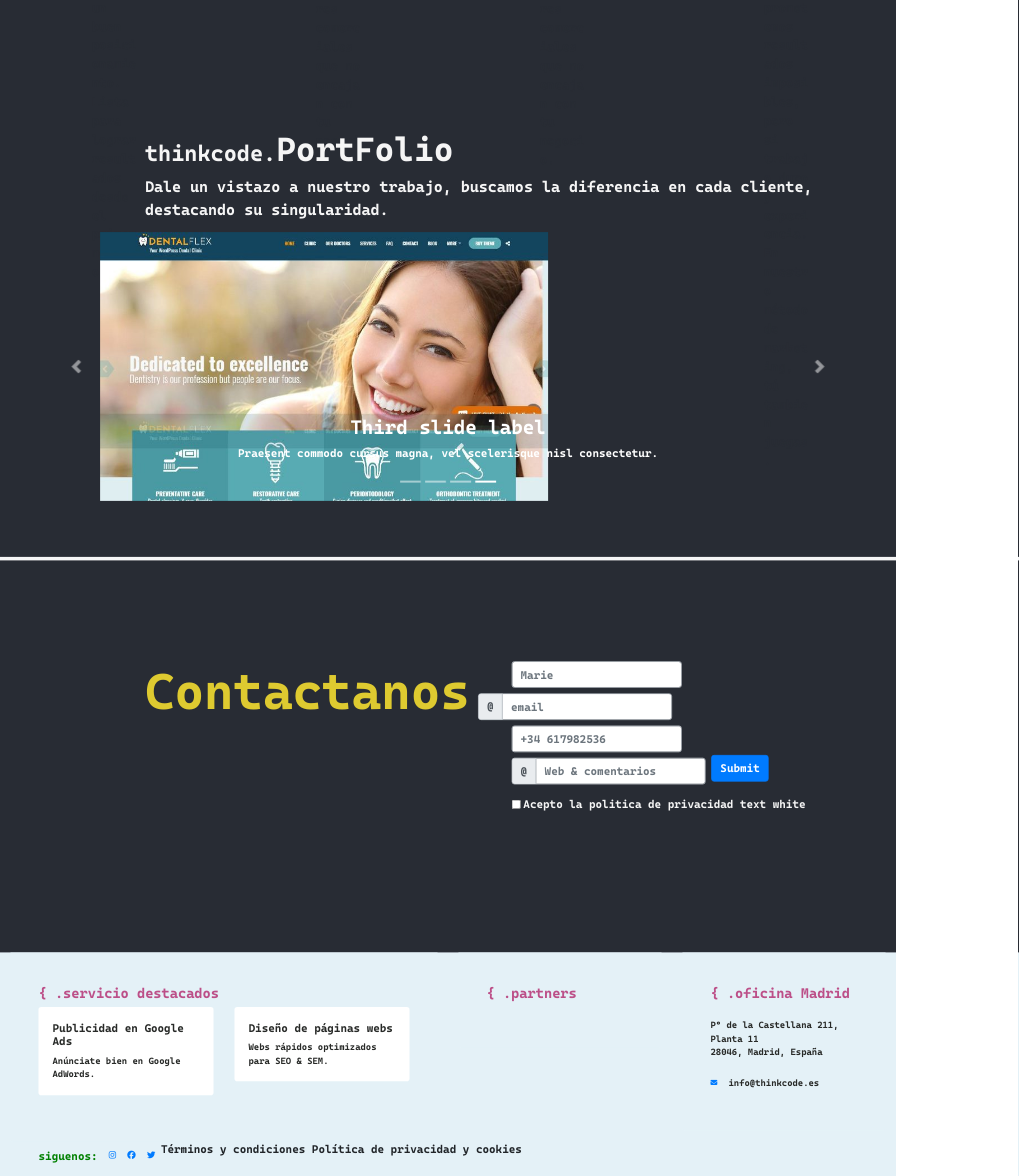
Repository: banchiec/thinkcode
Page: /
An editor plug-in stored every save of this project. The page is shown before and after the next save, followed by the edit.
The browser window is 1280 px wide. The page is 1455 px wide, so the pictures cover 1455 px, including what lies to the right of the window. The pictures show the part of the page from y = 2052 to 3732 px (the page is 3732 px tall before and 3728 px after), at 70% of full size.
Some web libraries are served in a nearby version. The project was rebuilt for these pictures with package versions that can differ from the ones it lists, and the page was loaded fresh each time. Also part of the build but not shown: src/components/MenuItems.js, src/components/Dropdownthink.css, src/components/Dropdownthink.js, src/components/pages/Consulting.js, src/components/pages/ContactUs.js, src/components/pages/Marketing.js, src/components/pages/Products.js, src/components/pages/Services.js and 1 more. Imported but missing from the stored project, and not drawn on this page: src/components/sliderInfo/SliderInfo.

Above is the page before, as saved 2020-11-30 20:59:49.

### public/index.html
<!DOCTYPE html>
<html lang="en">
  <head>
    <meta charset="utf-8" />
    <link rel="icon" href="%PUBLIC_URL%/favicon.ico" />
    <meta name="viewport" content="width=device-width, initial-scale=1" />
    <meta name="theme-color" content="#000000" />
    <meta
      name="description"
      content="Web site created using create-react-app"
    />
    <link rel="apple-touch-icon" href="%PUBLIC_URL%/logo192.png" />

    <!-- fontawesome -->
    <script src="https://kit.fontawesome.com/e7a02c1b14.js" crossorigin="anonymous"></script>
    <!-- jquery -->
    <script src="https://code.jquery.com/jquery-2-2.0.min.js"></script>
    <!--
      manifest.json provides metadata used when your web app is installed on a
      user's mobile device or desktop. See https://developers.google.com/web/fundamentals/web-app-manifest/
    -->
    <link rel="manifest" href="%PUBLIC_URL%/manifest.json" />
    <!--
      Notice the use of %PUBLIC_URL% in the tags above.
      It will be replaced with the URL of the `public` folder during the build.
      Only files inside the `public` folder can be referenced from the HTML.

      Unlike "/favicon.ico" or "favicon.ico", "%PUBLIC_URL%/favicon.ico" will
      work correctly both with client-side routing and a non-root public URL.
      Learn how to configure a non-root public URL by running `npm run build`.
    -->
    <title>React App</title>
  </head>
  <body>
    <noscript>You need to enable JavaScript to run this app.</noscript>
    <div id="root"></div>
    <!--
      This HTML file is a template.
      If you open it directly in the browser, you will see an empty page.

      You can add webfonts, meta tags, or analytics to this file.
      The build step will place the bundled scripts into the <body> tag.

      To begin the development, run `npm start` or `yarn start`.
      To create a production bundle, use `npm run build` or `yarn build`.
    -->


  </body>
</html>

### src/index.css
body {
  margin: 0;
  font-family: -apple-system, BlinkMacSystemFont, 'Segoe UI', 'Roboto', 'Oxygen',
    'Ubuntu', 'Cantarell', 'Fira Sans', 'Droid Sans', 'Helvetica Neue',
    sans-serif;
  -webkit-font-smoothing: antialiased;
  -moz-osx-font-smoothing: grayscale;
}

code {
  font-family: source-code-pro, Menlo, Monaco, Consolas, 'Courier New',
    monospace;
}
@font-face{
  font-family: 'CascadiaCode-Bold';
  src: local('CascadiaCode-Bold'), url(./fonts/CascadiaCode-Bold.ttf)
}

### src/App.js
import './App.css';
// import logo_thinkcode from './logo_thinkcode.png'
import React, {} from 'react'
import 'animate.css'
import Navbarthink from './components/Navbarthink'
import InfoSection from './components/infoSection/InfoSection'
import Pricing from './components/pricing/Pricing'
import Footer from './components/footer/Footer'
import Slide from './components/slide/Slide'
import FormContact from './components/forms/FormContact'
import {BrowserRouter as Router, Switch, Route} from 'react-router-dom'


// import Button  from 'react-bootstrap/Button'
// import 'bootstrap/dist/css/bootstrap.min.css'

// import {Navbar,Button, Nav , NavLink} from 'react-bootstrap'

import Consulting from './components/pages/Consulting'
import ContactUs from './components/pages/ContactUs'
import Home from './components/pages/Home'
import Marketing from './components/pages/Marketing'
import Products from './components/pages/Products'
import Services from './components/pages/Services'
import SignUp from './components/pages/SignUp'
// import InfoSection from './components/infoSection/InfoSection';

function App() {

  // const [click, setClick] = useState(false)
  // const [dropdown, setDropdown] = useState(false)




  return (
    <div className="App">
      <Router>
        <Navbarthink/>
        <Switch>
          <Route path='/consulting' exact component ={Consulting}></Route>
          <Route path='/contact-us' exact component ={ContactUs}></Route>
          <Route path='/' exact component ={Home}></Route>
          <Route path='/marketing' exact component ={Marketing}></Route>
          <Route path='/products' exact component ={Products}></Route>
          <Route path='/services' exact component ={Services}></Route>
          <Route path='/sign-up' exact component ={SignUp}></Route>
        </Switch>
        <InfoSection></InfoSection>
        <Pricing></Pricing>
        <Slide/>
        <FormContact></FormContact>
        <Footer/>
      </Router>

    </div>
  );
}

export default App;

### src/App.css
*{
  box-sizing: border-box;
  margin: 0;
  padding: 0;
  font-family: CascadiaCode-Bold;
  /* background: #282c34 ; */
  /* background: linear-gradient(90deg, rgb(76, 80, 88) 100%, rgb(8, 8, 9) 0%); */
}

.App {
  text-align: center;
  background: #282c34 ;
}

.App-logo {
  height: 40vmin;
  pointer-events: none;
}

.home, .services, .products,.contact-us,.sign-up, .marketing, .consulting{
  display: flex;
  height: 90vh;
  align-items: center;
  justify-content: center;
  font-size: 3rem;
}





@media (prefers-reduced-motion: no-preference) {
  .App-logo {
    animation: App-logo-spin infinite 20s linear;
  }
}

.App-header {
  background-color: #282c34;
  min-height: 100vh;
  display: flex;
  flex-direction: column;
  align-items: center;
  justify-content: center;
  font-size: calc(10px + 2vmin);
  color: white;
}

.App-link {
  color: #61dafb;
}

@keyframes App-logo-spin {
  from {
    transform: rotate(0deg);
  }
  to {
    transform: rotate(360deg);
  }
}

### src/components/Navbarthink.js
import React, { useState} from 'react'
import logo_thinkcode from '../images/logo_thinkcode.png'
// import logo_thinkcode from '../images/logo_thinkcode.png'
import { Buttonthink} from './Buttonthink'
import {Link} from 'react-router-dom'
import './Navbarthink.css'
import Dropdownthink from './Dropdownthink'

export default function Navbarthink(){
    const [click, setClick] = useState(false)
    const [dropdown, setDropdown] = useState(false)

    const handleClick = () => setClick(!click)
    const closeMobileMenu = () => setClick(false)

    const onMouseEnter = () =>{
        if(window.innerWidth < 960) {
        setDropdown(false)
        } else {
        setDropdown(true)
        }
    }
    const onMouseLeave = () =>{
        if(window.innerWidth < 960) {
        setDropdown(false)
        } else {
        setDropdown(false)
        }
    }

    return(
        <>
            <nav className="navbarthink">
                <Link to='/' className="navbar-logo">
                    {/* thinkcode */}
                    <img alt="" src={logo_thinkcode} width="300" height="40"></img>
                </Link>
                <div className='menu-icon' onClick={handleClick}>
                    <i className={click ? 'fas fa-times' : 'fas fa-bars'}
                    />
                </div>
                <ul className={ click ? 'nav-menu active' : 'nav-menu'}>

                    <li className='nav-item'>
                        <Link to='/' className='nav-links' onClick={closeMobileMenu}>
                            Home
                        </Link>
                    </li>
                    <li className='nav-item'
                        onMouseEnter={onMouseEnter}
                        onMouseLeave={onMouseLeave}
                        // onClick={handleClick}
                        >
                        <Link to='/services' className='nav-links' onClick={closeMobileMenu}>
                           Services
                           <i className='fas fa-caret-down' />
                        </Link>
                        {dropdown && <Dropdownthink/>}
                    </li>
                    <li className='nav-item'>
                        <Link to='/products' className='nav-links' onClick={closeMobileMenu}>
                            Products
                        </Link>
                    </li>
                    <li className='nav-item'>
                        <Link to='/contact-us' className='nav-links' onClick={closeMobileMenu}>
                           Contact Us
                        </Link>
                    </li>
                    <li className='nav-item'>
                        <Link to='/sign-up' className='nav-links-mobile' onClick={closeMobileMenu}>
                           Sign up
                        </Link>
                    </li>

                </ul>
                <Buttonthink />
            </nav>
        </>
    )

}

### src/components/infoSection/InfoSection.js
import React from 'react'
// import {AlltextInfoSection} from './AlltextInfoSection'
import imagensvg3 from '../../images/imagensvg3.svg'
import banner from '../../images/banner.webp'
import 'bootstrap/dist/css/bootstrap.min.css'
import './infoSection.css'
import {Col, Container,Row,} from 'react-bootstrap'

export default function InfoSection() {

    return (
            <Container fluid  className="content-infoSection">
                <Row>
                    {
                        // AlltextInfoSection.map((item,index) => {
                        //     return (
                        //         <Row>
                        //         <Col  md={6} lg={6} >
                        //             {/* <h1 key={index}>{item.firstTitle}</h1> */}
                        //             <div className="content-text-infoSection">
                        //                 <h2 >{item.firstTitle}<span className="text-title-infoSection animate__animated animate__fadeInLeft animate__delay-1s">{item.secundTitle}</span></h2>
                        //                 <p className="text-infoSection">{item.text}</p>
                        //             </div>
                        //         </Col>
                        //         <Col  md={6} lg={6}  >
                        //             <img  className="imagensvg-infoSection" alt="" src={imagensvg3}></img>
                        //         </Col>
                        //         </Row>
                        //     )
                        // })
                    }

                    <Col  md={6} lg={6} >
                        <div className="content-text-infoSection">
                            <h2 >thinkcode.<span className="text-title-infoSection animate__animated animate__fadeInLeft animate__delay-1s">developers</span></h2>
                            <p className="text-infoSection">Diseño y desarrollo de aplicaciones y páginas web para tu negocio o proyecto.
                            Disfrutamos mucho con lo que hacemos, compruébalo.</p>
                        </div>
                    </Col>
                    <Col  md={6} lg={6}  >
                        <img  className="imagensvg-infoSection" alt="" src={imagensvg3}></img>
                    </Col>

                </Row>

            </Container >
            // <Container fluid  className="content-infoSection">
            //     <Row>
            //         <Col  md={6} lg={6} >
            //             <div className="content-text-infoSection">
            //                 <h2 >thinkcode.<span className="text-title-infoSection animate__animated animate__fadeInLeft animate__delay-1s">developers</span></h2>
            //                 <p className="text-infoSection">Diseño y desarrollo de aplicaciones y páginas web para tu negocio o proyecto.
            //                 Disfrutamos mucho con lo que hacemos, compruébalo.</p>
            //             </div>
            //         </Col>
            //         <Col  md={6} lg={6}  >
            //             <img  className="imagensvg-infoSection" alt="" src={imagensvg3}></img>
            //         </Col>

            //     </Row>

            // </Container >
    )
}

### src/components/pages/Home.js
import React,{useEffect} from 'react'
import '../sliderInfo/SliderInfo'

export default function Home() {

    useEffect(()=>{
    })
    return (
        <div>
            {/* <InfoSection></InfoSection> */}
            {/* <Pricing></Pricing> */}
            {/* <Slide/> */}
            {/* <Footer/> */}

           {/* <h1 className='consulting' >Thinkcode</h1> */}
        </div>
    )
}

### src/components/Buttonthink.js
import React  from 'react'
import './Buttonthink.css'
import {Link} from 'react-router-dom'

export function Buttonthink() {
        return (
            <Link to ='sing-up'>
               <button className='btnthink'>Sign think </button>
            </Link>
        )
}

### src/components/Navbarthink.css
.navbarthink{
  /* background: linear-gradient(9deg, rgb(66, 80, 88) 0%, rgb(8, 8, 9) 100%); */
  background: #282c34;

  height: 80px;
  display: flex;
  justify-content: center;
  align-items: center;
  font-size: 1.2rem;
}

.navbar-logo {
  color: #fff;
  justify-self: start;
  margin-left: 40px;
  cursor: pointer;
  text-decoration: none;
}

.fa-firstdraft {
  margin-left: 0.5rem;
  font-size: 1.6rem;
}

.nav-menu {
  display: grid;
  grid-template-columns: repeat(5, auto);
  grid-gap: 10px;
  list-style: none;
  text-align: center;
  width: 70vw;
  justify-content: end;
  margin-right: 2rem;
}

.nav-item {
  display: flex;
  align-items: center;
  height: 80px;
}

.nav-links {
  color: white;
  text-decoration: none;
  padding: 0.5rem 1rem;
}

.nav-links:hover {
  background-color: #1888ff;
  border-radius: 4px;
  transition: all 0.2s ease-out;
}

.fa-bars {
  color: #fff;
}

.nav-links-mobile {
  display: none;
}

.menu-icon {
  display: none;
}

@media screen and (max-width: 960px) {
  /* .text-propuesta {
    margin-top: 12rem;
  } */

  .fa-caret-down {
    display: none;
  }
  .NavbarItems {
    position: relative;
  }

  .nav-menu {
    display: flex;
    flex-direction: column;
    width: 100%;
    height: 90vh;
    position: absolute;
    top: 80px;
    left: -100%;
    opacity: 1;
    transition: all 0.9s ease;
  }

  .nav-menu.active {
    background: #2a2c30;
    left: 0;
    opacity: 1;
    transition: all 0.5s ease;
    z-index: 1;
  }

  .nav-links {
    text-align: center;
    padding: 2rem;
    width: 100%;
    display: table;
  }

  .nav-links:hover {
    background-color: #1888ff;
    border-radius: 0;
  }

  .navbar-logo {
    position: absolute;
    top: 0;
    left: 0;
    transform: translate(25%, 50%);
  }

  .menu-icon {
    display: block;
    position: absolute;
    top: 0;
    right: 0;
    transform: translate(-100%, 60%);
    font-size: 1.8rem;
    cursor: pointer;
  }

  .fa-times {
    color: #fff;
    font-size: 2rem;
  }

  .nav-links-mobile {
    display: block;
    text-align: center;
    padding: 1.5rem;
    margin: 2rem auto;
    border-radius: 4px;
    width: 80%;
    background: #1888ff;
    text-decoration: none;
    color: #fff;
    font-size: 1.5rem;
  }

  .nav-links-mobile:hover {
    background: #fff;
    color: #1888ff;
    transition: 250ms;
  }

  button {
    display: none;
  }
}

### src/components/infoSection/infoSection.css
.content-infoSection {
    /* padding: 0; */
    margin-top: 150px;
    background: #282c34 ;
    height: 700px;
    /* border: 1px solid rebeccapurple; */
}
.content-text-infoSection {
    margin-left: 12rem;
    margin-top: 8rem;
    text-align: start;
    /* border: 0; */
    /* padding: 0; */
    /* border: 1px solid whitesmoke; */
    color: whitesmoke;
}
.imagensvg-infoSection {
    padding: 0;
    /* border-right: 5px; */
    width: 800px;

}
.text-title-infoSection{
    font-size: 3rem;
    /* size: 12px; */
}
.text-infoSection {
    font-size: 22px;
}
@media screen and (max-width: 960px) {
    .content-infoSection {
        margin-top: 0px;
    }
    .text-infoSection{
        margin-top: 3rem;
        margin-left: 1rem;
        margin-right: 1rem;
    }
    .imagensvg-infoSection{
        margin-top: 5rem;
        width: 500px;
    }
    .content-text-infoSection {
        margin-left: 1rem;
    }
    .text-propuesta {
        margin-top: 15rem;
    }

}

### src/components/pricing/Pricing.css
.container-pricing {
    /* background-color: whitesmoke; */
    /* border: 1px solid white; */
    /* height:  800px; */
    background: linear-gradient(90deg, rgb(76, 80, 88) 100%, rgb(66, 66 66) 0%);
    /* z-index: -1; */
}
.container-card{
    padding-top: 4rem;
    align-content: center;
    padding: auto;
    text-align: start;
    /* height: 600px; */
    /* background-color: violet; */
    /* color: transparent; */
}
.card-pricing {
    /* width: 34rem; */
    margin-left: 5rem;
    background: #deca30;
    /* background: #3b4454; */
    /* background: linear-gradient(90deg, rgb(224, 242, 241) 0%, rgb(255, 255, 255) 100%); */
    margin-right: 3rem;
    height: 52rem;
}
.card-left {
    margin-top: 4rem;
}
.card-right {
    margin-top: 4rem;
}
.card-button {
    /* margin-top: 3rem; */
    /* margin-left: 13rem; */
    position: absolute;
    right: 13px;
    bottom: 18px;
    color: whitesmoke;
}
.text-card {
    padding-top: 1.5rem;
    padding-left: 1rem;
    padding-right: 2.5rem;
    color: #282c34;
    font-size: 18px;
}
.image-pricing {
    height: 15rem;
    width: 80%;
    align-self: center;
}
.title-card {
    /* padding-top: 0.2rem; */
    padding-left: 1rem;
    color: #282c34;
    font-size: 28px;
}
.text-propuesta {
    margin: 0 0.5rem;
    animation: bounce;
    animation-duration: 2s;
    color: whitesmoke;
    font-size: 3rem;
}

@media screen and (max-width: 960px){
    .text-propuesta{
        margin-top: 12rem;
    }
}

### src/components/footer/Footer.css
.container-footer {
    border: 0;
    /* padding: 0; */
    /* border: 1px solid green; */
    height: auto;
    background: #e4f1f7;
}
.card{
    /* padding-bottom: 22px; */
    border: 0;
    /* background: white; */
    text-align: left;
    font-size: small;
    width: auto;
    /* background: #deca30; */
}
.card-footer {
    padding-top: 10px;
    padding-bottom: 22px;
    border: 0;
    color: #282a28;
    background: #e4f1f7;
}
.text-card-footer  {
    padding: 0;
    margin-top: 1.5rem;
    font-size: small;
    text-align: start;
}
.title-footer{
    text-align: left;
    font-size: medium;
}
.title-card-footer {
    margin-top: 1rem;
    text-align: left;
    color: #bc4f88;
}
.pin-ic{
    margin-top: 12px;
    margin: 8px;
    position:center;
}

.pin-ic-enveloped{
    margin-top: 12px;
    /* margin: 8px; */
    margin-right: 1rem;
    position:center;
}
.iconos-redes-sociales{
    position: relative;
    margin-left: 2.5rem;
}
.text-siguenos{
    margin-top: 10px;
    margin-right: 8px;
    color: green;

}

### src/components/slide/Slide.css
.container-slider {
    margin-top: 10rem;
    border-top: 5rem;
    margin-bottom: 5rem;
}
.d-block {
    margin-left: 8rem;
    width: 40rem;
    height: 24rem;
    /* border:1px solid green; */
}

.container-secundary-slider .d-block {
    width: 20rem;
    height: 12rem;
    margin-left: 2rem;


}
.carousel-large {
    width: 100%;
}
@media screen and (max-width: 960px) {
    .d-block {
        margin-left: auto;
    }

}

### src/components/forms/FormContact.css
.container-formContact {

    border-top: 5px solid whitesmoke;
    /* background:  ; */

}
.container-form {
    /* border:1px solid green; */
    /* margin: 5rem; */
    margin-top: 5rem;
    margin-bottom: 8rem;
    padding: 4rem;

    /* margin-left: 10rem; */
}
.text-contactanos {
    /* border: 1px solid green; */
    padding: 4rem;
    /* margin-right: 10rem ; */
    margin-left: 8rem;
    margin-top: 5rem;
    font-size: 4rem;
    color: #deca30;


}
.form-inline {
    margin-left: 12rem;
}
.form-inline-check {
    /* border: 1px solid green; */
    margin-top: .5rem;
    margin-left: 3rem;


}
.check-conditions {
    padding: 0;
    color: whitesmoke;

}

### src/components/Buttonthink.css
:root{
    --primary: #1888ff;
}
.btnthink{
    padding: 8px 20px;
    border-radius: 4px;
    outline: none;
    border: none;
    font-size: 18px;
    color: #fff;
    cursor: pointer;
    background-color: var(--primary);
}
.btnthink:hover {
    padding: 6px 18px;
    transition: all 1.5s ease-out;
    background-color: transparent;
    color: #2a2a2a;
    border-radius: 4px;
    border: 2px solid var(--primary)
}

Loaded but not shown: src/index.js (common file); src/components/footer/Footer.js (102 lines, source omitted); src/components/pricing/Pricing.js (84 lines, source omitted); src/components/slide/Slide.js (84 lines, source omitted); src/components/forms/FormContact.js (72 lines, source omitted)

After the next save:
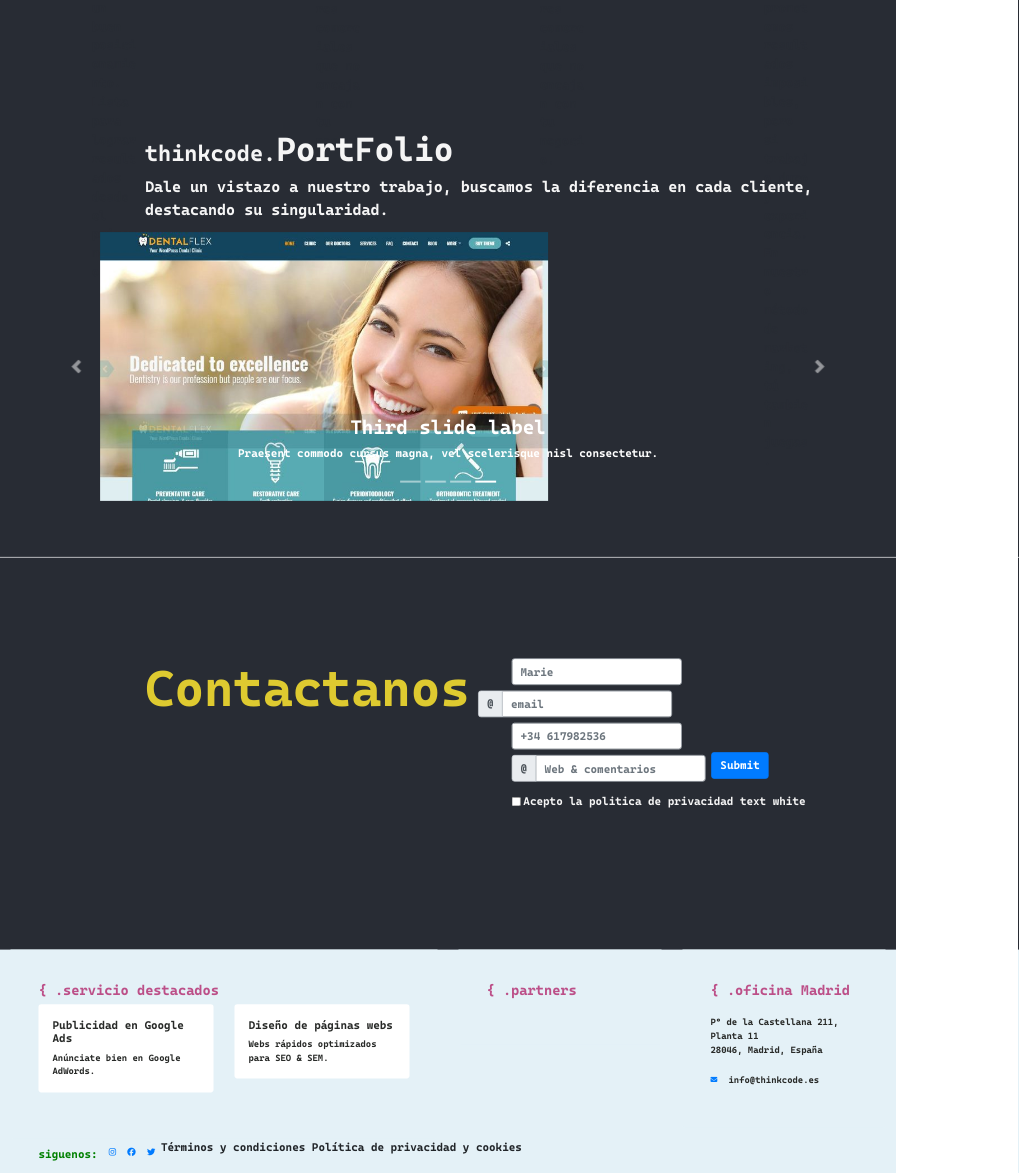
Saved 5 s later.
--- a/src/components/forms/FormContact.css
+++ b/src/components/forms/FormContact.css
@@ -1,6 +1,6 @@
 .container-formContact {
 
-    border-top: 5px solid whitesmoke;
+    border-top: 1px solid whitesmoke;
     /* background:  ; */
 
 }
